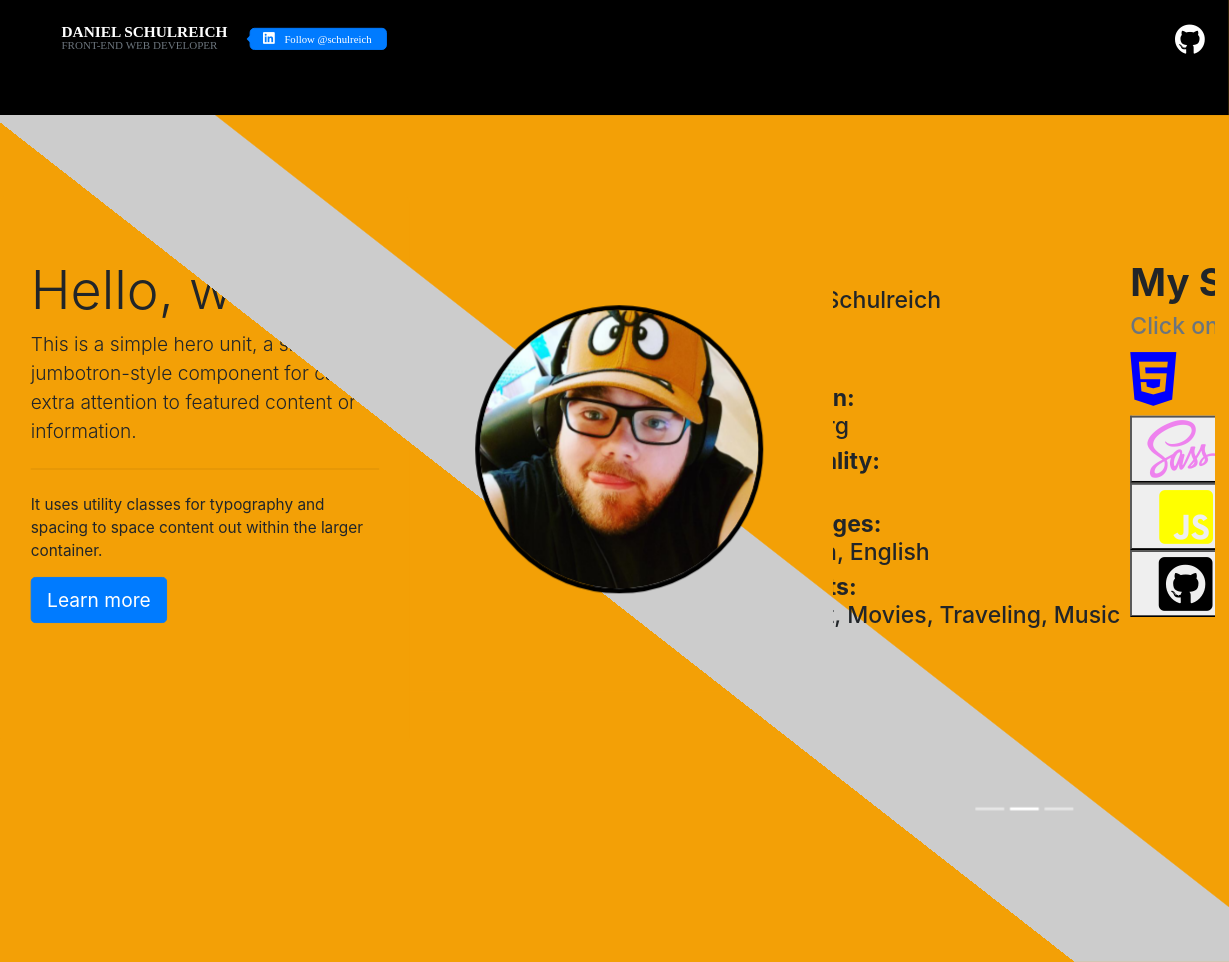
Repository: schulreich/my_portfolio
Page: portfolio.html
These files come from the project's save history. The page is drawn as it stood at one moment and after the next save; the edit follows.
The browser window is 1280 px wide. The pictures show the whole page, at 96% of full size.
Some web fonts or font styles are not loaded; a fallback is used. Some web libraries are served in a nearby version.

Above is the page before, as saved 2020-06-17 23:15:15.

After the next save:
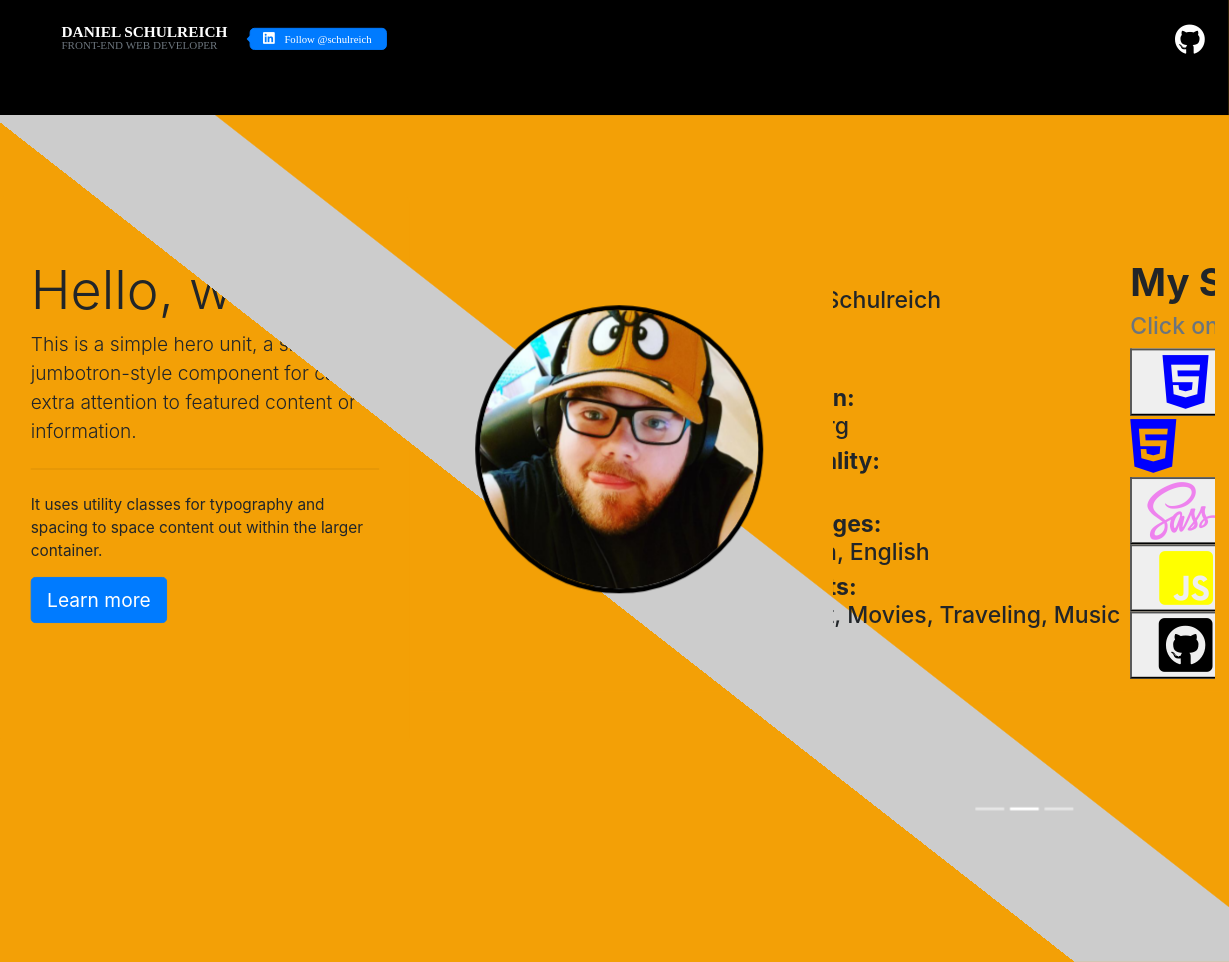
Saved 81 s later.
--- a/portfolio.html
+++ b/portfolio.html
@@ -156,7 +156,7 @@
                 <!--  justify-content-center -->
                 <div class="row">
 
-                  <div class="col-lg-4"><a href="https://schulreich.github.io/project-movie-festival/" target="_blank" class="skill-button" role="button" aria-pressed="true"><i class="fab fa-html5 fa-4x" ></i></a></div>
+                  <div class="col-lg-4"><a href="https://schulreich.github.io/project-movie-festival/" target="_blank" class="active" role="button" aria-pressed="true"><button class="skill-button"><i class="fab fa-html5 fa-4x" ></i></button><i class="fab fa-html5 fa-4x" ></i></a></div>
                   <div class="col-lg-4"><button class="skill-button"><i class="fab fa-css3-alt fa-4x"></i></button></div>
                 </div>
                 <div class="row">
